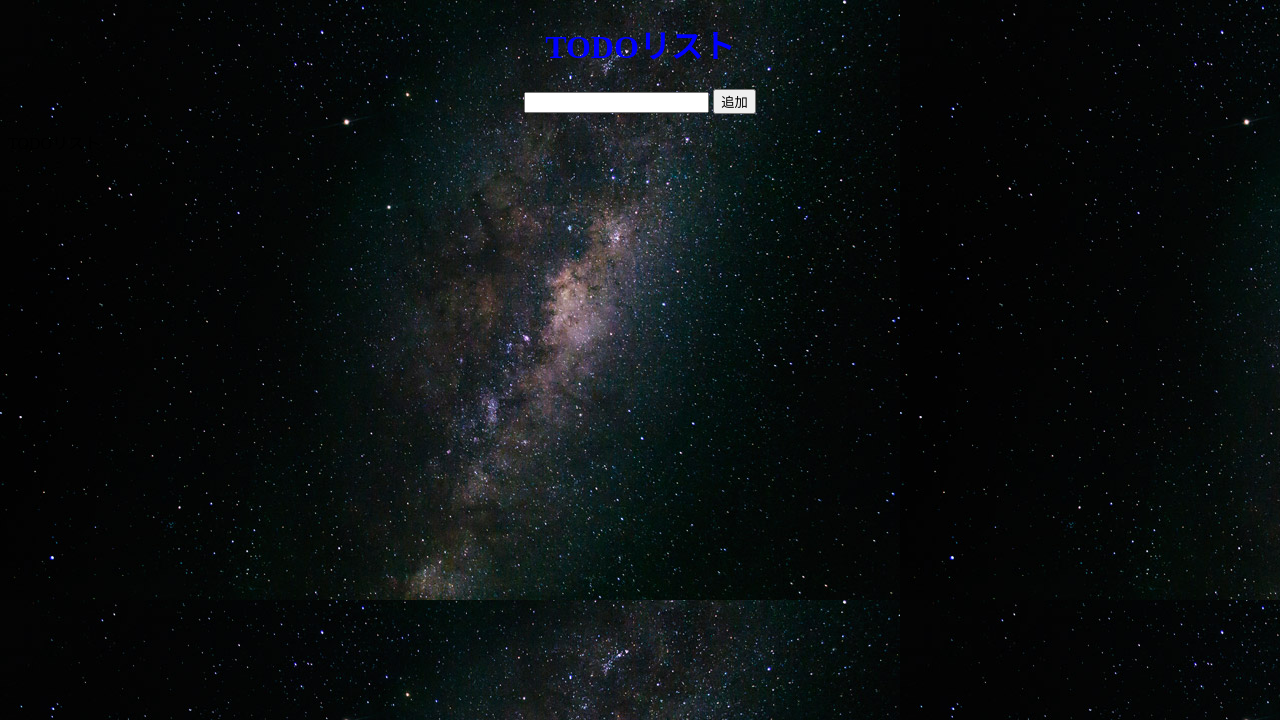
Repository: kntb2565/todolist
Page: src/index.html
These files come from the project's save history. The page is drawn as it stood at one moment and after the next save; the edit follows.
The browser window is 1280 px wide. The pictures show the whole page.

Above is the page before, as saved 2018-10-22 12:39:38.

### src/index.html
<!DOCTYPE html>
<html lang="ja">
<head>
  <meta charset="utf-8">
  <title>todolist</title>
  <link rel="stylesheet" href="css/styles.css" type="text/css">
  </head>

  <div class="todo">
    <h1>TODOリスト</h1>
    <input type="text" />
    <input type="button" value="追加" />
  </div>
  <body>
    <p>TODOリスト</p>
  </body>
</html>

### src/css/styles.css
.todo{
    color: blue;
    text-align: center;
   }

    .todo1{
       background-image: url("img/utyu3.jpg");
       color: blue;
       text-align: center;
    }

body {background-image: url("img/utyu3.jpg");}

After the next save:
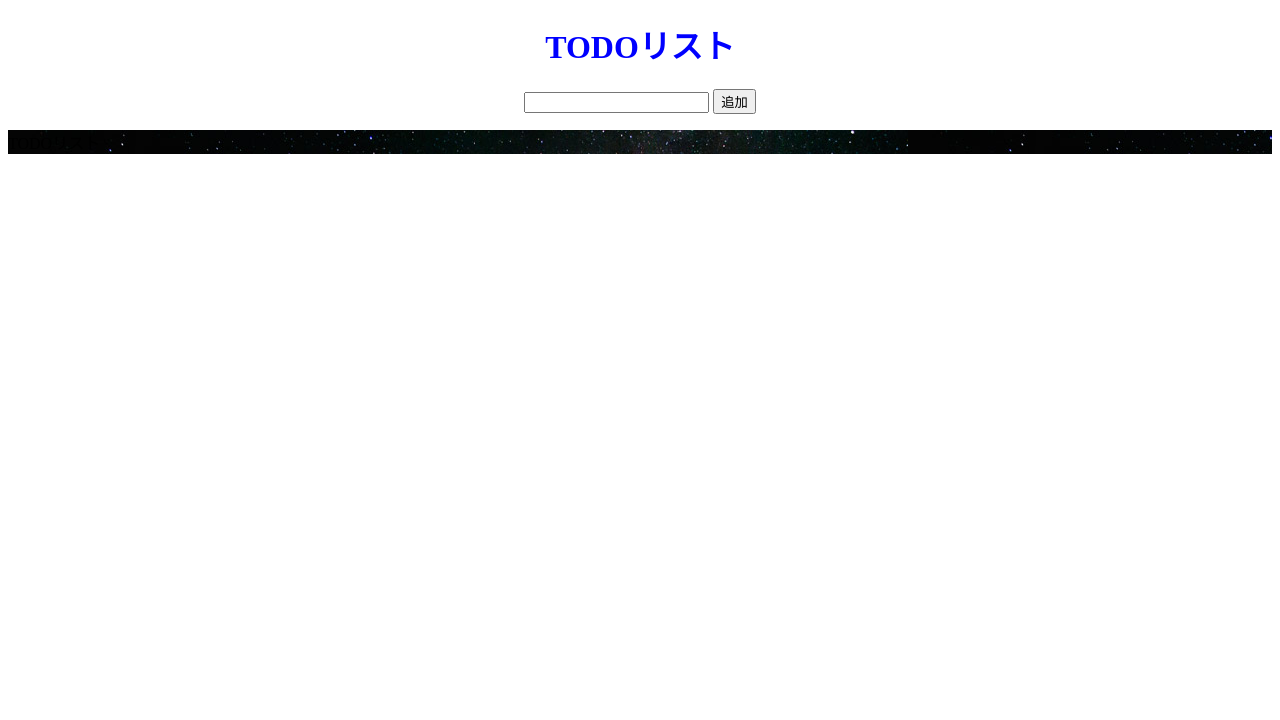
Saved 47 s later.
--- a/src/css/styles.css
+++ b/src/css/styles.css
@@ -9,4 +9,4 @@
        text-align: center;
     }
 
-body {background-image: url("img/utyu3.jpg");}
+p {background-image: url("img/utyu3.jpg");}

After the save that followed:
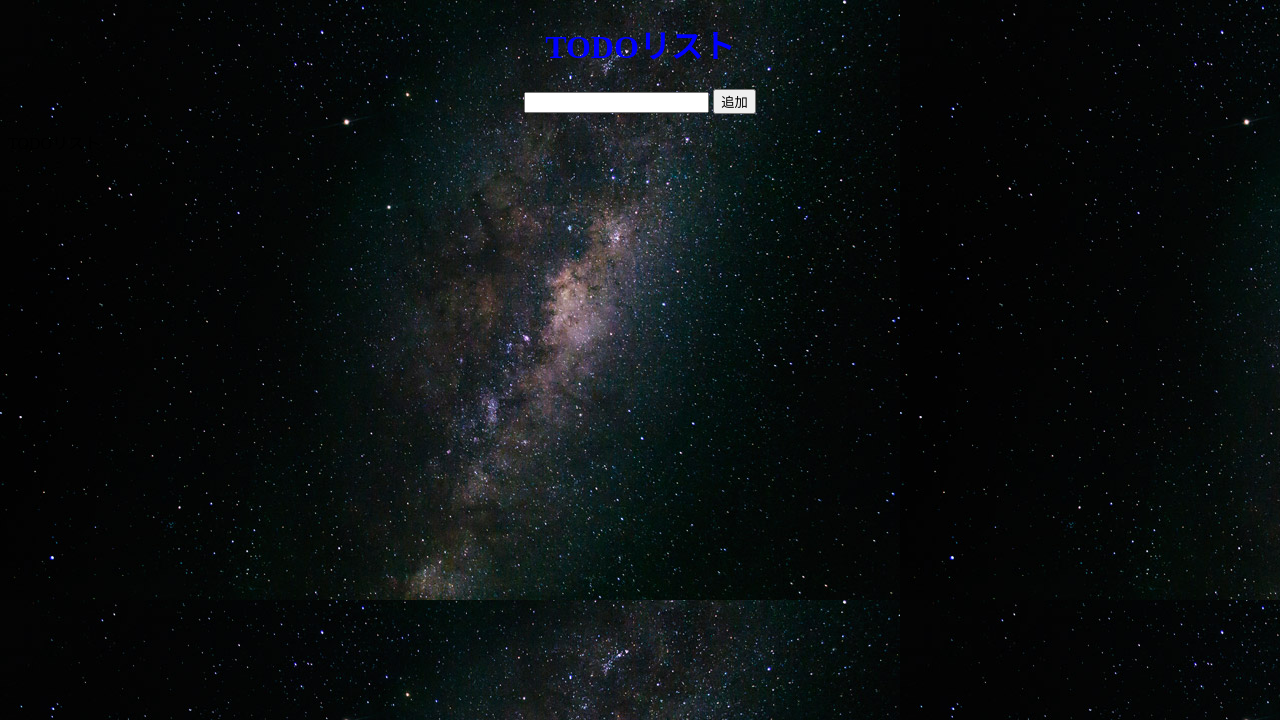
Saved 10 s later.
--- a/src/css/styles.css
+++ b/src/css/styles.css
@@ -9,4 +9,4 @@
        text-align: center;
     }
 
-p {background-image: url("img/utyu3.jpg");}
+body {background-image: url("img/utyu3.jpg");}
